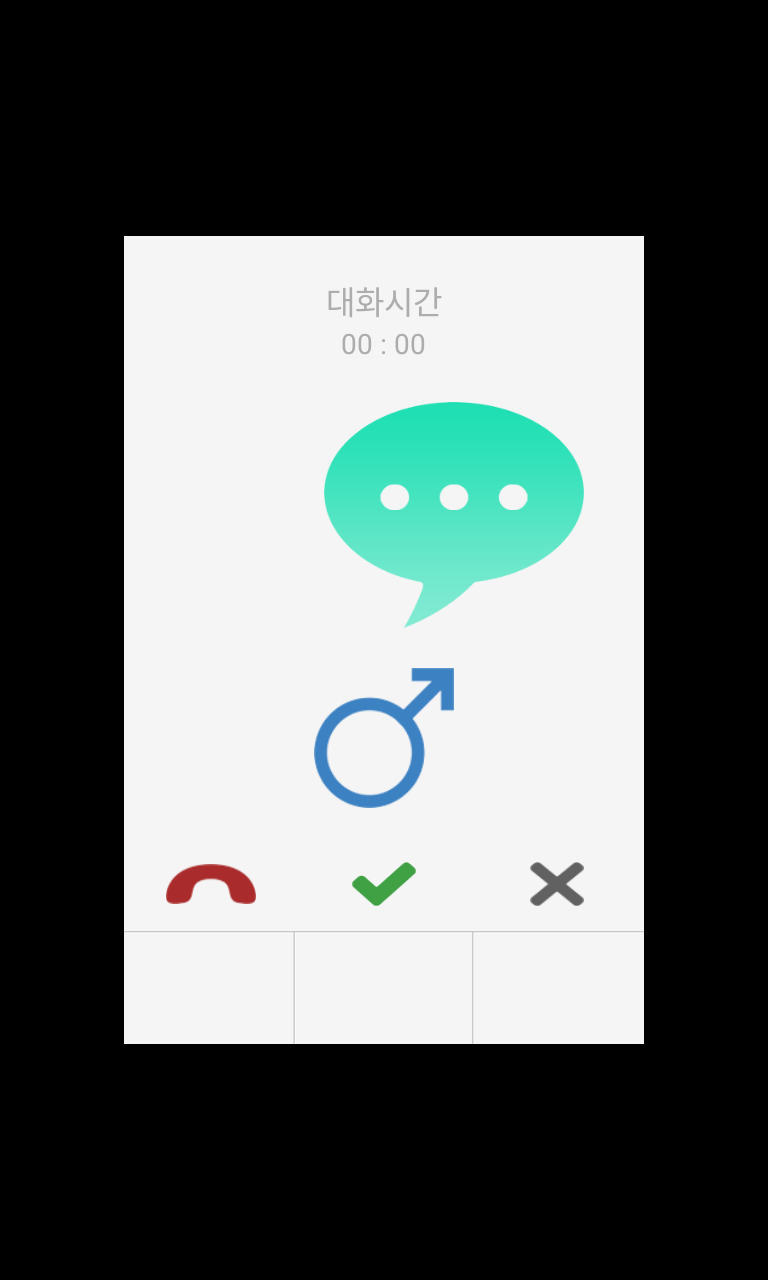
Repository: blacky512/smart_morning_call
Layout: client/SmartMorningCall/res/layout/voicechatting_frag.xml
The author's editor kept a copy of each file at every save. The layout is drawn from the files as they stood at one save, then again after the next save.
It is drawn on a 768 x 1280 px phone screen (xhdpi) without system bars, with theme android:Theme.NoTitleBar; the app's code is not run.

Above is the layout before, as saved 2013-02-24 12:11:10.

### client/SmartMorningCall/res/layout/voicechatting_frag.xml
<?xml version="1.0" encoding="utf-8"?>
<RelativeLayout xmlns:android="http://schemas.android.com/apk/res/android"
    android:layout_width="match_parent"
    android:layout_height="match_parent" >

    <LinearLayout
        android:id="@+id/linearLayout1"
        android:layout_width="260dp"
        android:layout_height="404dp"
        android:layout_centerHorizontal="true"
        android:layout_centerVertical="true"
        android:background="@drawable/callwindow"
        android:orientation="vertical"
        android:padding="0dp" >

        <LinearLayout
            android:layout_width="match_parent"
            android:layout_height="wrap_content"
            android:orientation="vertical" >

            <TextView
                android:id="@+id/TextView01"
                android:layout_width="wrap_content"
                android:layout_height="wrap_content"
                android:layout_gravity="center"
                android:layout_marginTop="20dp"
                android:text="대화시간"
                android:textAppearance="?android:attr/textAppearanceMedium"
                android:textColor="#adadad"
                android:textSize="16sp" />

            <TextView
                android:id="@+id/tvTimer"
                android:layout_width="wrap_content"
                android:layout_height="wrap_content"
                android:layout_gravity="center"
                android:layout_marginTop="0dp"
                android:text="00 : 00"
                android:textAppearance="?android:attr/textAppearanceMedium"
                android:textColor="#adadad"
                android:textSize="14sp" />

        </LinearLayout>

        <FrameLayout
            android:id="@+id/calling"
            android:layout_width="260dp"
            android:layout_height="250dp" >

            <LinearLayout
                android:layout_width="match_parent"
                android:layout_height="match_parent"
                android:orientation="vertical" >

                <RelativeLayout
                    android:layout_width="match_parent"
                    android:layout_height="wrap_content" >

                    <ImageView
                        android:id="@+id/imageView1"
                        android:layout_width="130dp"
                        android:layout_height="113dp"
                        android:layout_alignParentRight="true"
                        android:layout_alignParentTop="true"
                        android:layout_marginRight="30dp"
                        android:layout_marginTop="20dp"
                        android:alpha="1"
                        android:padding="0dp"
                        android:scaleType="fitXY"
                        android:src="@drawable/jhk_mal" />

                </RelativeLayout>

                <RelativeLayout
                    android:layout_width="match_parent"
                    android:layout_height="wrap_content" >

                    <ImageView
                        android:id="@+id/imageView2"
                        android:layout_width="70dp"
                        android:layout_height="70dp"
                        android:layout_centerHorizontal="true"
                        android:layout_marginTop="20dp"
                        android:scaleType="fitXY"
                        android:src="@drawable/jhk_m" />

                </RelativeLayout>

                <RelativeLayout
                    android:layout_width="match_parent"
                    android:layout_height="wrap_content" >
                </RelativeLayout>

            </LinearLayout>

        </FrameLayout>

        <RelativeLayout
            android:id="@+id/RelativeLayout1"
            android:layout_width="match_parent"
            android:layout_height="22dp"
            android:gravity="center_horizontal"
            android:padding="0dp" >

            <LinearLayout
                android:id="@+id/linearLayout2"
                android:layout_width="match_parent"
                android:layout_height="58dp"
                android:layout_alignParentBottom="true"
                android:layout_alignParentLeft="true" >

                <RelativeLayout
                    android:layout_width="87dp"
                    android:layout_height="match_parent"
                    android:layout_gravity="center" >

                    <Button
                        android:id="@+id/voicechat_cut"
                        android:layout_width="45dp"
                        android:layout_height="20dp"
                        android:layout_centerHorizontal="true"
                        android:layout_centerVertical="true"
                        android:background="@drawable/jhk_cut"
                        android:visibility="visible" />

                </RelativeLayout>

                <RelativeLayout
                    android:layout_width="86dp"
                    android:layout_height="match_parent" >

                    <Button
                        android:id="@+id/voicechat_confirm"
                        android:layout_width="32dp"
                        android:layout_height="28dp"
                        android:layout_centerInParent="true"
                        android:layout_margin="0dp"
                        android:layout_weight="1"
                        android:background="@drawable/jhk_confirm"
                        android:visibility="visible" />

                </RelativeLayout>

                <RelativeLayout
                    android:layout_width="87dp"
                    android:layout_height="match_parent" >

                    <Button
                        android:id="@+id/fake"
                        android:layout_width="27dp"
                        android:layout_height="27dp"
                        android:layout_centerInParent="true"
                        android:layout_weight="1"
                        android:background="@drawable/jhk_cancel"
                        android:clickable="false"
                        android:visibility="visible" />

                </RelativeLayout>
            </LinearLayout>

        </RelativeLayout>

    </LinearLayout>

</RelativeLayout>

After the next save:
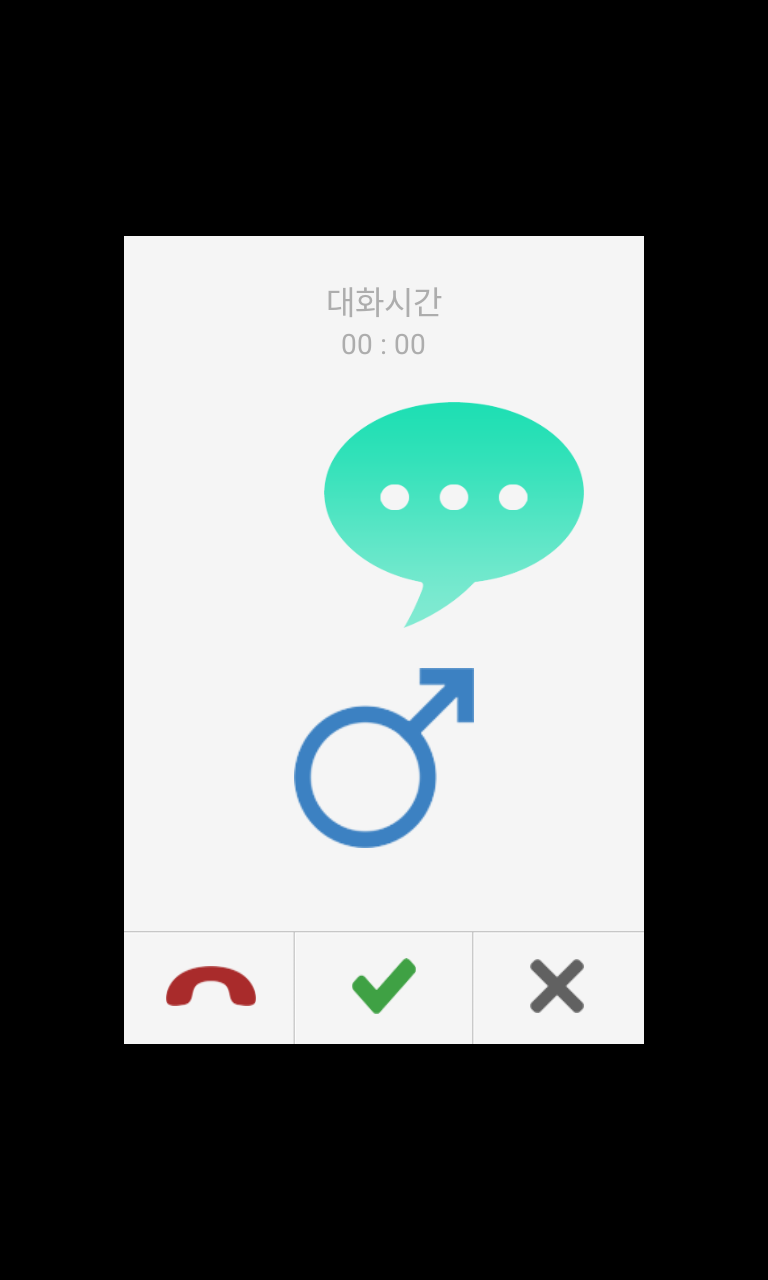
Saved 17 s later.
--- a/client/SmartMorningCall/res/layout/voicechatting_frag.xml
+++ b/client/SmartMorningCall/res/layout/voicechatting_frag.xml
@@ -77,8 +77,8 @@
 
                     <ImageView
                         android:id="@+id/imageView2"
-                        android:layout_width="70dp"
-                        android:layout_height="70dp"
+                        android:layout_width="90dp"
+                        android:layout_height="90dp"
                         android:layout_centerHorizontal="true"
                         android:layout_marginTop="20dp"
                         android:scaleType="fitXY"
@@ -98,7 +98,7 @@
         <RelativeLayout
             android:id="@+id/RelativeLayout1"
             android:layout_width="match_parent"
-            android:layout_height="22dp"
+            android:layout_height="match_parent"
             android:gravity="center_horizontal"
             android:padding="0dp" >
 
